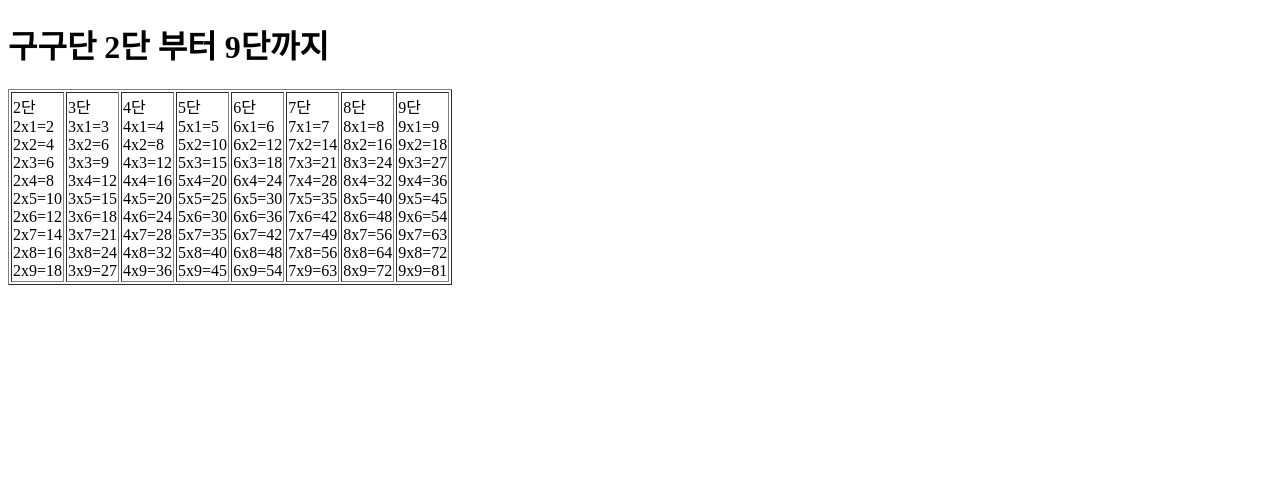
Repository: hyeongu135-ui/Jsp2026
Page: http://localhost/chapter01/test02.jsp
The author's editor kept a copy of each file at every save. The page is drawn from the files as they stood at one save, then again after the next save.
The browser window is 1280 px wide. The pictures show the whole page.
The page is served by Tomcat 9.

Above is the page before, as saved 2026-10-16 04:25:17.

After the next save:
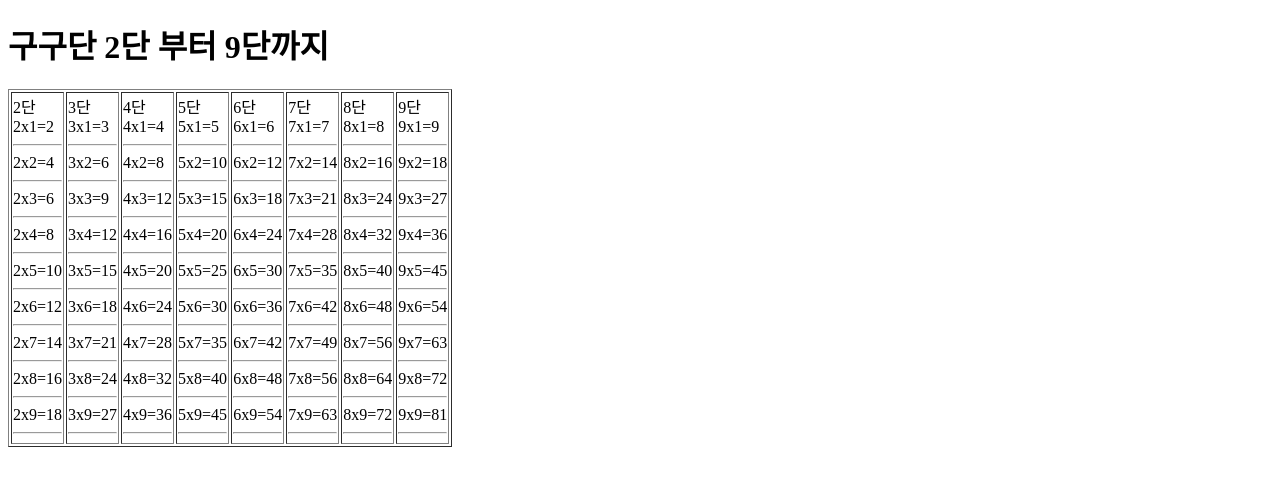
Saved 18 s later.
--- a/chapter01/src/main/webapp/test02.jsp
+++ b/chapter01/src/main/webapp/test02.jsp
@@ -20,7 +20,7 @@
 		<%for (int j = 1; j < 10; j++) {
 			int sum = (i * j);%>
 
-			<%=i + "x" + j + "=" + sum%><br>
+			<%=i + "x" + j + "=" + sum%><br><hr>
 
 		<%}%></td>
 
